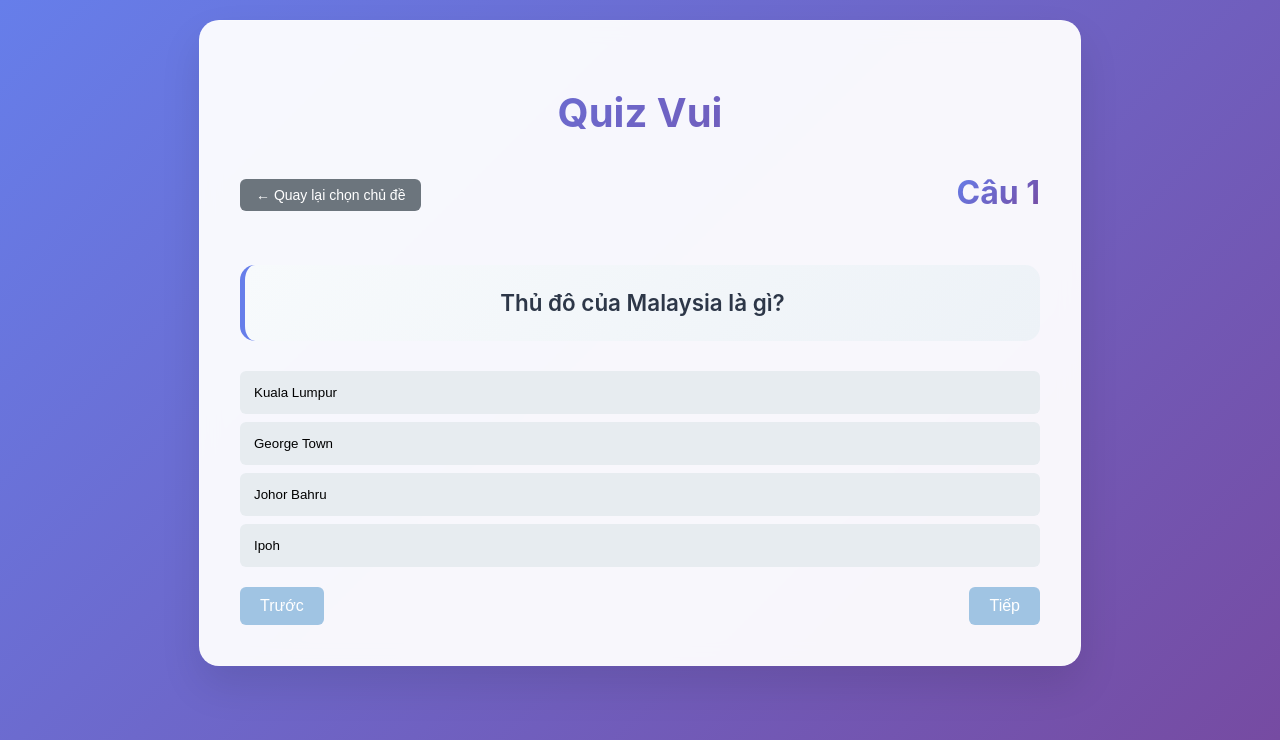
Repository: HuynhPPP/Quiz_App
Page: /, after clicking the first element matching `button.category-button`
An editor plug-in stored every save of this project. The page is shown before and after the next save, followed by the edit.
The browser window is 1280 px wide. The pictures show the whole page.
The project was rebuilt for these pictures with package versions that can differ from the ones it lists, and the page was loaded fresh each time. Also part of the build but not shown: vite.config.js, src/components/Resutl.jsx, src/components/Review.jsx.

Above is the page before, as saved 2025-09-27 14:51:51.

### index.html
<!doctype html>
<html lang="en">
  <head>
    <meta charset="UTF-8" />
    <link rel="icon" type="image/svg+xml" href="/vite.svg" />
    <meta name="viewport" content="width=device-width, initial-scale=1.0" />
    <title>Quiz Vui</title>
  </head>
  <body>
    <div id="root"></div>
    <script type="module" src="/src/main.jsx"></script>
  </body>
</html>

### src/index.css
/* Global reset and styling */
body {
  margin: 0;
  padding: 0;
  font-family: "Inter", "Segoe UI", Tahoma, Geneva, Verdana, sans-serif;
  background: linear-gradient(135deg, #667eea 0%, #764ba2 100%);
  color: #333;
  min-height: 100vh;
}

/* Container styling for the app */
.container {
  max-width: 800px;
  margin: 20px auto;
  background: rgba(255, 255, 255, 0.95);
  padding: 40px;
  border-radius: 20px;
  box-shadow: 0 20px 40px rgba(0, 0, 0, 0.1);
  backdrop-filter: blur(10px);
  border: 1px solid rgba(255, 255, 255, 0.2);
}

/* Header styling */
h1,
h2 {
  text-align: center;
  margin-bottom: 30px;
  background: linear-gradient(135deg, #667eea, #764ba2);
  -webkit-background-clip: text;
  -webkit-text-fill-color: transparent;
  background-clip: text;
  font-weight: 700;
}

h1 {
  font-size: 2.5em;
  margin-bottom: 10px;
}

h2 {
  font-size: 2em;
}

/* Styling the question text */
.question {
  font-size: 1.4em;
  margin-bottom: 30px;
  font-weight: 600;
  color: #2d3748;
  line-height: 1.6;
  text-align: center;
  padding: 20px;
  background: linear-gradient(135deg, #f7fafc, #edf2f7);
  border-radius: 15px;
  border-left: 5px solid #667eea;
}

/* Option button styling */
.option {
  display: block;
  width: 100%;
  padding: 12px;
  margin: 8px 0;
  border: 2px solid transparent;
  border-radius: 6px;
  background: #e7ecf0;
  cursor: pointer;
  text-align: left;
  transition: background 0.3s, border 0.3s;
}

.option:hover {
  background: #d6dde5;
}

.option.selected {
  background: oklch(92.9% 0.013 255.508);
  border: 2px solid oklch(55.4% 0.046 257.417);
  color: oklch(37.2% 0.044 257.287);
}

/* Navigation button styles */
.nav-buttons {
  display: flex;
  justify-content: space-between;
  margin-top: 20px;
}

.nav-buttons button {
  padding: 10px 20px;
  border: none;
  background: #42a5f5;
  color: white;
  border-radius: 6px;
  cursor: pointer;
  font-size: 1em;
  transition: background 0.3s;
}

.nav-buttons button:hover {
  background: #1e88e5;
}

.nav-buttons button:disabled {
  background: #a0c4e3;
  cursor: not-allowed;
}

.result-button {
  display: block;
  padding: 10px 20px;
  border: none;
  background: oklch(55.4% 0.046 257.417);
  color: white;
  border-radius: 6px;
  cursor: pointer;
  font-size: 1em;
  transition: background 0.3s;
}

.result-button:hover {
  background: #1e88e5;
}

/* Score display styling */
.score {
  font-size: 1.4em;
  text-align: center;
  margin: 20px 0;
}

.correct-answer {
  color: oklch(70.4% 0.14 182.503);
}

.incorrect-answer {
  color: oklch(64.5% 0.246 16.439);
}

p.result {
  text-align: center;
  margin: 40px;
}

.resultButtonsContainer {
  display: flex;
  justify-content: center;
  gap: 20px;
}

/* Review component styles */
.review-question {
  margin-bottom: 30px;
}

.review-options {
  margin: 20px 0;
}

.review-options .option {
  position: relative;
  cursor: default;
}

.review-options .option:hover {
  background: #e7ecf0;
}

.review-options .correct-user-answer {
  background: #d4edda;
  border: 2px solid #28a745;
  color: #155724;
}

.review-options .incorrect-user-answer {
  background: #f8d7da;
  border: 2px solid #dc3545;
  color: #721c24;
}

.review-options .correct-answer {
  background: #d1ecf1;
  border: 2px solid #17a2b8;
  color: #0c5460;
}

.answer-label {
  font-weight: bold;
  font-size: 0.9em;
}

.answer-status {
  margin: 20px 0;
  padding: 15px;
  border-radius: 6px;
  background: #f8f9fa;
}

.answer-status .correct-answer {
  color: #28a745;
  font-weight: bold;
}

.answer-status .incorrect-answer {
  color: #dc3545;
  font-weight: bold;
}

.answer-status .no-answer {
  color: #ffc107;
  font-weight: bold;
}

.review-buttons {
  display: flex;
  justify-content: center;
  gap: 20px;
  margin-top: 30px;
}

/* Quiz Selector styles */
.quiz-description {
  text-align: center;
  margin-bottom: 30px;
  color: #666;
  font-size: 1.1em;
}

.quiz-categories {
  display: grid;
  grid-template-columns: repeat(auto-fit, minmax(250px, 1fr));
  gap: 15px;
  margin-top: 20px;
}

.category-button {
  padding: 15px 20px;
  border: 2px solid #e7ecf0;
  border-radius: 8px;
  background: #fff;
  cursor: pointer;
  font-size: 1em;
  transition: all 0.3s;
  text-align: left;
}

.category-button:hover {
  border-color: #42a5f5;
  background: #f8f9fa;
  transform: translateY(-2px);
  box-shadow: 0 4px 12px rgba(66, 165, 245, 0.15);
}

.category-button.all-questions {
  background: linear-gradient(135deg, #667eea 0%, #764ba2 100%);
  color: white;
  border-color: #667eea;
  font-weight: bold;
}

.category-button.all-questions:hover {
  background: linear-gradient(135deg, #5a6fd8 0%, #6a4190 100%);
  transform: translateY(-2px);
}

.category-button.random {
  background: linear-gradient(135deg, #f093fb 0%, #f5576c 100%);
  color: white;
  border-color: #f093fb;
  font-weight: bold;
}

.category-button.random:hover {
  background: linear-gradient(135deg, #ee82f0 0%, #f3455a 100%);
  transform: translateY(-2px);
}

/* Dark Theme Styles */
.dark-theme {
  background: #1a1a1a;
  color: #e0e0e0;
}

.dark-theme .container {
  background: #2d2d2d;
  color: #e0e0e0;
  box-shadow: 0 4px 12px rgba(0, 0, 0, 0.3);
}

.dark-theme .option {
  background: #3d3d3d;
  color: #e0e0e0;
  border-color: #555;
}

.dark-theme .option:hover {
  background: #4d4d4d;
}

.dark-theme .option.selected {
  background: #1e3a8a;
  border-color: #3b82f6;
  color: #e0e0e0;
}

.dark-theme .nav-buttons button {
  background: #3b82f6;
}

.dark-theme .nav-buttons button:hover {
  background: #2563eb;
}

.dark-theme .result-button {
  background: #3b82f6;
}

.dark-theme .result-button:hover {
  background: #2563eb;
}

/* Theme Toggle */
.theme-toggle {
  position: fixed;
  top: 20px;
  right: 20px;
  z-index: 1000;
}

.theme-toggle-btn {
  width: 50px;
  height: 50px;
  border-radius: 50%;
  border: 2px solid #e0e0e0;
  background: #fff;
  cursor: pointer;
  font-size: 20px;
  display: flex;
  align-items: center;
  justify-content: center;
  transition: all 0.3s;
  box-shadow: 0 2px 8px rgba(0, 0, 0, 0.1);
}

.theme-toggle-btn:hover {
  transform: scale(1.1);
  box-shadow: 0 4px 12px rgba(0, 0, 0, 0.2);
}

.dark-theme .theme-toggle-btn {
  background: #2d2d2d;
  border-color: #555;
  color: #e0e0e0;
}

/* Timer Styles */
.timer-container {
  display: flex;
  flex-direction: column;
  align-items: center;
  margin-bottom: 20px;
}

.timer-header {
  display: flex;
  align-items: center;
  gap: 10px;
  margin-bottom: 15px;
}

.game-mode-icon {
  font-size: 24px;
}

.game-mode-name {
  font-size: 18px;
  font-weight: bold;
}

.timer-display {
  position: relative;
}

.timer-circle {
  position: relative;
  width: 120px;
  height: 120px;
}

.timer-svg {
  width: 100%;
  height: 100%;
  transform: rotate(-90deg);
}

.timer-progress {
  transition: stroke-dashoffset 0.3s ease;
}

.timer-progress.active {
  animation: pulse 1s infinite;
}

@keyframes pulse {
  0%, 100% { opacity: 1; }
  50% { opacity: 0.7; }
}

.timer-text {
  position: absolute;
  top: 50%;
  left: 50%;
  transform: translate(-50%, -50%);
  text-align: center;
}

.time-number {
  display: block;
  font-size: 24px;
  font-weight: bold;
  color: #333;
}

.time-label {
  display: block;
  font-size: 12px;
  color: #666;
}

.dark-theme .time-number {
  color: #e0e0e0;
}

.dark-theme .time-label {
  color: #999;
}

/* Streak Display */
.streak-container {
  display: flex;
  flex-direction: column;
  align-items: center;
  padding: 15px;
  background: linear-gradient(135deg, #ff6b6b, #ffa500);
  border-radius: 15px;
  color: white;
  min-width: 200px;
}

.streak-main {
  display: flex;
  align-items: center;
  gap: 15px;
  margin-bottom: 10px;
}

.streak-fire {
  font-size: 32px;
  animation: flame 1s infinite alternate;
}

@keyframes flame {
  0% { transform: scale(1); }
  100% { transform: scale(1.1); }
}

.streak-info {
  text-align: center;
}

.streak-number {
  font-size: 28px;
  font-weight: bold;
  display: block;
}

.streak-message {
  font-size: 14px;
  opacity: 0.9;
}

.streak-stats {
  display: flex;
  gap: 20px;
  font-size: 12px;
}

.stat-item {
  display: flex;
  flex-direction: column;
  align-items: center;
}

.stat-label {
  opacity: 0.8;
}

.stat-value {
  font-weight: bold;
  font-size: 16px;
}

/* Quiz Header Layout */
.quiz-header {
  display: flex;
  justify-content: space-between;
  align-items: flex-start;
  margin-bottom: 30px;
  gap: 20px;
}

.quiz-content {
  flex: 1;
}

/* Game Modes Section */
.game-modes-section {
  margin-bottom: 30px;
}

.game-modes-section h3 {
  text-align: center;
  margin-bottom: 20px;
  color: #333;
}

.game-modes {
  display: grid;
  grid-template-columns: repeat(auto-fit, minmax(200px, 1fr));
  gap: 15px;
  margin-bottom: 20px;
}

.game-mode-card {
  display: flex;
  align-items: center;
  gap: 15px;
  padding: 15px;
  background: #f8f9fa;
  border-radius: 10px;
  border: 2px solid #e9ecef;
}

.mode-icon {
  font-size: 24px;
}

.mode-info h4 {
  margin: 0 0 5px 0;
  color: #333;
}

.mode-info p {
  margin: 0;
  font-size: 12px;
  color: #666;
}

.dark-theme .game-mode-card {
  background: #3d3d3d;
  border-color: #555;
}

.dark-theme .mode-info h4 {
  color: #e0e0e0;
}

.dark-theme .mode-info p {
  color: #999;
}

/* Quiz Categories Section */
.quiz-categories-section {
  margin-bottom: 30px;
}

.quiz-categories-section h3 {
  text-align: center;
  margin-bottom: 20px;
  color: #333;
}

.dark-theme .quiz-categories-section h3 {
  color: #e0e0e0;
}

/* Quick Start Section */
.quick-start-section {
  margin-bottom: 30px;
}

.quick-start-section h3 {
  text-align: center;
  margin-bottom: 20px;
  color: #333;
}

.quick-start-buttons {
  display: flex;
  justify-content: center;
  gap: 15px;
  flex-wrap: wrap;
}

.quick-start-btn {
  padding: 12px 20px;
  border: none;
  border-radius: 8px;
  cursor: pointer;
  font-size: 14px;
  font-weight: bold;
  transition: all 0.3s;
  color: white;
}

.quick-start-btn.time-attack {
  background: linear-gradient(135deg, #ff6b6b, #ee5a24);
}

.quick-start-btn.blitz {
  background: linear-gradient(135deg, #feca57, #ff9ff3);
}

.quick-start-btn.survival {
  background: linear-gradient(135deg, #2c2c54, #40407a);
}

.quick-start-btn:hover {
  transform: translateY(-2px);
  box-shadow: 0 4px 12px rgba(0, 0, 0, 0.2);
}

.dark-theme .quick-start-section h3 {
  color: #e0e0e0;
}

/* Back to Selector Button */
.quiz-header {
  display: flex;
  justify-content: space-between;
  align-items: center;
  margin-bottom: 20px;
}

.back-to-selector-btn {
  padding: 8px 16px;
  background: #6c757d;
  color: white;
  border: none;
  border-radius: 6px;
  cursor: pointer;
  font-size: 14px;
  transition: all 0.3s;
  display: flex;
  align-items: center;
  gap: 5px;
}

.back-to-selector-btn:hover {
  background: #5a6268;
  transform: translateY(-1px);
}

.dark-theme .back-to-selector-btn {
  background: #495057;
}

.dark-theme .back-to-selector-btn:hover {
  background: #343a40;
}

### src/App.jsx
import Quiz from "./components/Quiz"

function App() {
  return (
    <div className="container">
      <h1>Quiz Vui</h1>
      <Quiz />

    </div>
  )
}

export default App

### src/components/Quiz.jsx
import React, { useState, useEffect } from 'react'
import Resutl from './Resutl'
import Review from './Review'
import QuizSelector from './QuizSelector'

const Quiz = () => {
    const [currentQuestions, setCurrentQuestions] = useState([]);
    const [optionSelected, setOptionSelected] = useState("");
    const [userAnswer, setUserAnswer] = useState([]);
    const [currentQuestion, setCurrentQuestion] = useState(0);
    const [isQuizCompleted, setIsQuizCompleted] = useState(false);
    const [isReviewMode, setIsReviewMode] = useState(false);
    const [score, setScore] = useState(0);
    const [showSelector, setShowSelector] = useState(true);

    const handleStartQuiz = (questions) => {
        setCurrentQuestions(questions);
        setUserAnswer(Array.from({ length: questions.length }));
        setShowSelector(false);
        setCurrentQuestion(0);
        setOptionSelected("");
        setIsQuizCompleted(false);
        setIsReviewMode(false);
        setScore(0);
    };

    const handleSelectOption = (option, index) => {
        setOptionSelected(option);
        const newUserAnswer = [...userAnswer];
        newUserAnswer[currentQuestion] = index;
        setUserAnswer(newUserAnswer);
    }

    const handleNextQuestion = () => {
        if (currentQuestion === currentQuestions.length - 1) {
            setIsQuizCompleted(true);
        } else {
            setCurrentQuestion((prev) => prev + 1);
        }

    }

    const handlePreviousQuestion = () => {
        if (currentQuestion > 0) {
            setCurrentQuestion((prev) => prev - 1);
        }
    }

    const handleResetQuiz = () => {
        setShowSelector(true);
        setIsQuizCompleted(false);
        setIsReviewMode(false);
        setCurrentQuestion(0);
        setScore(0);
        setUserAnswer([]);
        setOptionSelected("");
        setCurrentQuestions([]);
    }

    const handleReviewQuiz = () => {
        setIsReviewMode(true);
        setIsQuizCompleted(false);
        setCurrentQuestion(0);
    }

    const handleBackToSelector = () => {
        setShowSelector(true);
        setIsQuizCompleted(false);
        setIsReviewMode(false);
        setCurrentQuestion(0);
        setScore(0);
        setUserAnswer([]);
        setOptionSelected("");
        setCurrentQuestions([]);
    }

    useEffect(() => {
        if (currentQuestions.length > 0) {
            const answer = Number(userAnswer[currentQuestion]);
            const pastOptionSelected = currentQuestions[currentQuestion].options[answer];
            if (answer !== undefined) {
                setOptionSelected(pastOptionSelected);
            } else {
                setOptionSelected("");
            }
        }
    }, [currentQuestion, userAnswer, currentQuestions]);

    useEffect(() => {
        if (currentQuestions.length > 0 && optionSelected === currentQuestions[currentQuestion].answer) {
            setScore((prev) => prev + 1);
        }
    }, [optionSelected, currentQuestion, currentQuestions]);

    if (isReviewMode) {
        return <Review
            quizData={currentQuestions}
            userAnswers={userAnswer}
            handleBackToResult={handleBackToSelector}
            handleRestartQuiz={handleResetQuiz}
        />
    }

    if (isQuizCompleted) {
        return <Resutl
            score={score}
            totalQuestions={currentQuestions.length}
            handleReviewQuiz={handleReviewQuiz}
            handleResetQuiz={handleResetQuiz}
        />
    }

    if (showSelector) {
        return <QuizSelector onStartQuiz={handleStartQuiz} />
    }

    if (currentQuestions.length === 0) {
        return <div>Loading...</div>
    }

    return (
        <div>
            <div className="quiz-header">
                <button
                    className="back-to-selector-btn"
                    onClick={handleBackToSelector}
                    title="Quay lại chọn chủ đề"
                >
                    ← Quay lại chọn chủ đề
                </button>
                <h2>Câu {currentQuestion + 1}</h2>
            </div>
            <p className='question'>{currentQuestions[currentQuestion].question}</p>

            {currentQuestions[currentQuestion].options.map((option, index) => (
                <button
                    key={index}
                    className={`option ${optionSelected === option ? 'selected' : ''}`}
                    disabled={!!optionSelected && optionSelected !== option}
                    onClick={() => handleSelectOption(option, index)}
                >
                    {option}
                </button>
            ))}

            {
                optionSelected ? (
                    optionSelected === currentQuestions[currentQuestion].answer ? (
                        <p className='correct-answer'>Câu trả lời của bạn là chính xác</p>
                    ) : (
                        <p className='incorrect-answer'>Câu trả lời của bạn chưa chính xác</p>
                    )
                ) : ""
            }


            <div className='nav-buttons'>
                <button
                    onClick={handlePreviousQuestion}
                    disabled={currentQuestion === 0}
                >
                    Trước
                </button>
                <button
                    onClick={handleNextQuestion}
                    disabled={!optionSelected}
                >
                    {currentQuestion === currentQuestions.length - 1 ? "Hoàn thành Quiz" : "Tiếp"}
                </button>
            </div>
        </div>
    );
};

export default Quiz

### src/components/QuizSelector.jsx
import React from 'react'
import { getAllCategories, getQuestionsByCategory, getRandomQuestions } from '../data/index'

const QuizSelector = ({ onStartQuiz }) => {
    const categories = getAllCategories();

    const handleCategorySelect = (category) => {
        const questions = getQuestionsByCategory(category);
        onStartQuiz(questions);
    };

    const handleRandomQuiz = () => {
        const questions = getRandomQuestions(15);
        onStartQuiz(questions);
    };

    const handleAllQuestions = () => {
        const questions = getRandomQuestions(20);
        onStartQuiz(questions);
    };

    return (
        <div>
            <h2>Chọn chủ đề Quiz</h2>
            <p className="quiz-description">
                Chọn một chủ đề để bắt đầu quiz về thủ đô các quốc gia hoặc học tiếng Anh chuyên ngành
            </p>

            <div className="quiz-categories">
                <button
                    className="category-button all-questions"
                    onClick={handleAllQuestions}
                >
                    🌍 Tất cả các quốc gia (20 câu)
                </button>

                <button
                    className="category-button random"
                    onClick={handleRandomQuiz}
                >
                    🎲 Câu hỏi ngẫu nhiên (15 câu)
                </button>

                {categories.map((category, index) => {
                    const questionCount = getQuestionsByCategory(category).length;
                    const categoryEmojis = {
                        'Europe': '🇪🇺',
                        'East Asia': '🇯🇵',
                        'Southeast Asia': '🇹🇭',
                        'South Asia': '🇮🇳',
                        'Central Asia': '🇰🇿',
                        'Học tiếng Anh chuyên ngành': '📚'
                    };

                    return (
                        <button
                            key={index}
                            className="category-button"
                            onClick={() => handleCategorySelect(category)}
                        >
                            {categoryEmojis[category] || '🌏'} {category} ({questionCount} câu)
                        </button>
                    );
                })}
            </div>
        </div>
    );
};

export default QuizSelector;

### src/data/index.js
// Combined quiz data from all sources
import { capitalsData } from './capitalsData.js';
import { itVocabularyData } from './itVocabularyData.js';

// Combine all quiz data
export const quizData = [
    ...capitalsData,
    ...itVocabularyData
];

// Function to get questions by category
export const getQuestionsByCategory = (category) => {
    return quizData.filter(question => question.category === category);
};

// Function to get all categories
export const getAllCategories = () => {
    const categories = [...new Set(quizData.map(question => question.category))];
    return categories;
};

// Function to get random questions
export const getRandomQuestions = (count = 10) => {
    const shuffled = [...quizData].sort(() => 0.5 - Math.random());
    return shuffled.slice(0, count);
};

// Export individual data sources for specific use cases
export { capitalsData, itVocabularyData };

Loaded but not shown: src/main.jsx (common file); src/data/itVocabularyData.js (417 lines, source omitted); src/data/capitalsData.js (204 lines, source omitted)

After the next save:
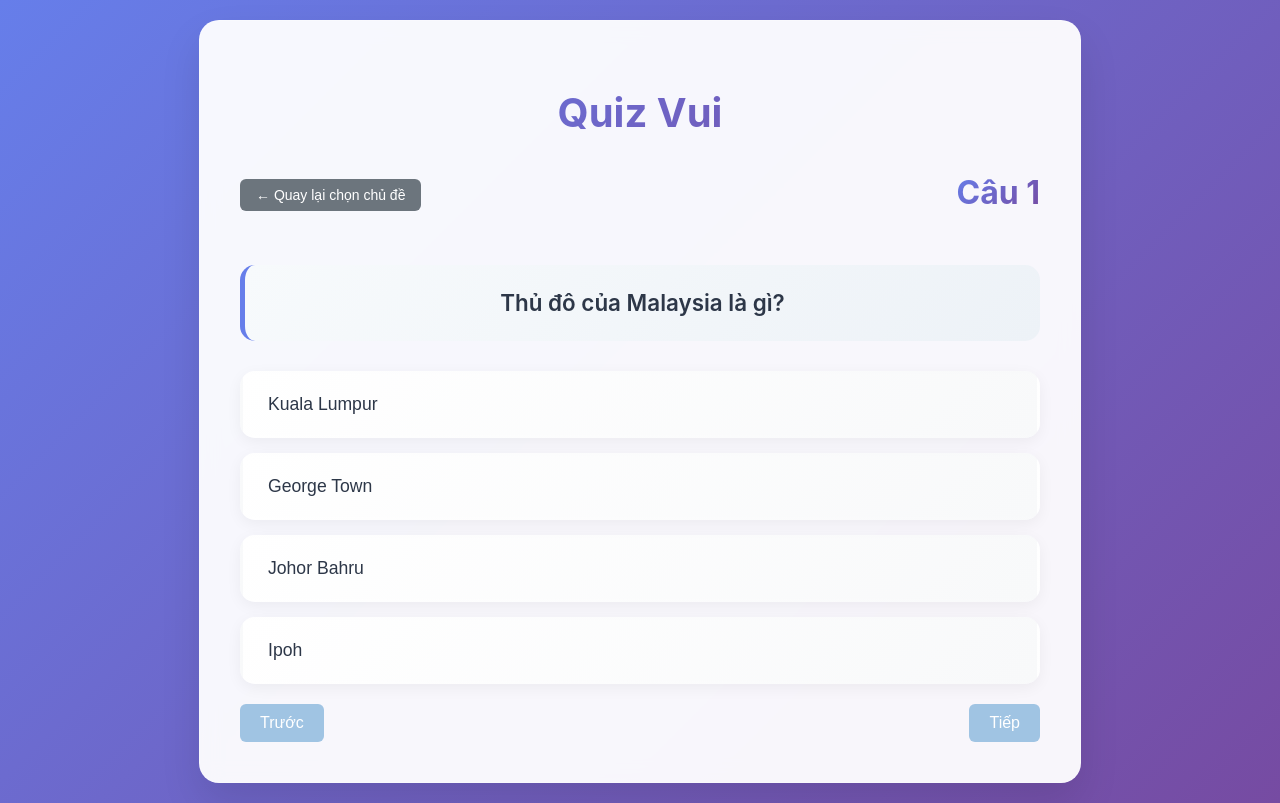
Saved 4 s later.
--- a/src/index.css
+++ b/src/index.css
@@ -59,24 +59,54 @@ h2 {
 .option {
   display: block;
   width: 100%;
-  padding: 12px;
-  margin: 8px 0;
-  border: 2px solid transparent;
-  border-radius: 6px;
-  background: #e7ecf0;
+  padding: 20px 25px;
+  margin: 15px 0;
+  border: 3px solid transparent;
+  border-radius: 15px;
+  background: linear-gradient(135deg, #ffffff, #f8f9fa);
   cursor: pointer;
   text-align: left;
-  transition: background 0.3s, border 0.3s;
+  transition: all 0.3s cubic-bezier(0.4, 0, 0.2, 1);
+  font-size: 1.1em;
+  font-weight: 500;
+  color: #2d3748;
+  box-shadow: 0 4px 15px rgba(0, 0, 0, 0.05);
+  position: relative;
+  overflow: hidden;
+}
+
+.option::before {
+  content: '';
+  position: absolute;
+  top: 0;
+  left: -100%;
+  width: 100%;
+  height: 100%;
+  background: linear-gradient(90deg, transparent, rgba(255, 255, 255, 0.4), transparent);
+  transition: left 0.5s;
+}
+
+.option:hover::before {
+  left: 100%;
 }
 
 .option:hover {
-  background: #d6dde5;
+  transform: translateY(-3px);
+  box-shadow: 0 8px 25px rgba(102, 126, 234, 0.15);
+  border-color: #667eea;
+  background: linear-gradient(135deg, #f8f9ff, #ffffff);
 }
 
 .option.selected {
-  background: oklch(92.9% 0.013 255.508);
-  border: 2px solid oklch(55.4% 0.046 257.417);
-  color: oklch(37.2% 0.044 257.287);
+  background: linear-gradient(135deg, #667eea, #764ba2);
+  border-color: #667eea;
+  color: white;
+  transform: translateY(-2px);
+  box-shadow: 0 8px 25px rgba(102, 126, 234, 0.3);
+}
+
+.option.selected::before {
+  background: linear-gradient(90deg, transparent, rgba(255, 255, 255, 0.2), transparent);
 }
 
 /* Navigation button styles */
